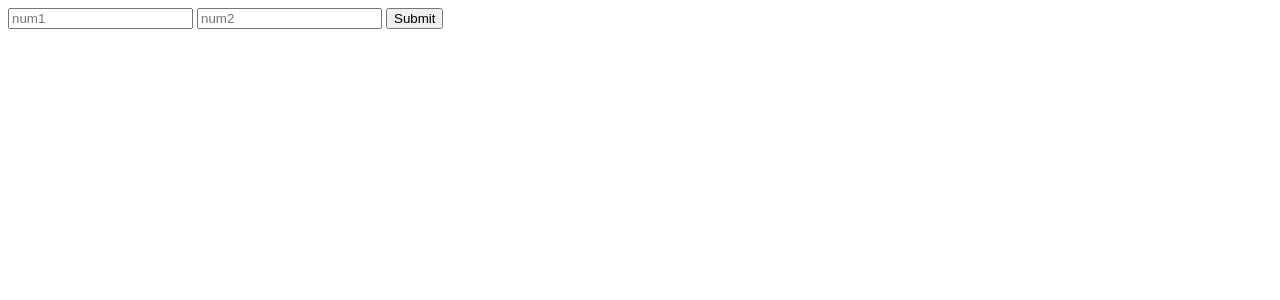
Repository: ahmadOlawale008/JSP-and-Serverlets
Page: DemoApp/src/main/webapp/NewFile.html
These files come from the project's save history. The page is drawn as it stood at one moment and after the next save; the edit follows.
The browser window is 1280 px wide. The pictures show the whole page.

Above is the page before, as saved 2024-07-18 13:19:36.

### DemoApp/src/main/webapp/NewFile.html
<!DOCTYPE html>
<html>
<head>
<meta charset="UTF-8">
<title>Insert title here</title>
</head>
<body>
<form action="add" method="get">
<input type="text" placeholder="num1" name="num1" />
<input type="text" placeholder="num2" name="num2" />
<input type="submit"  value="Submit" />
</form>
</body>
</html>

After the next save:
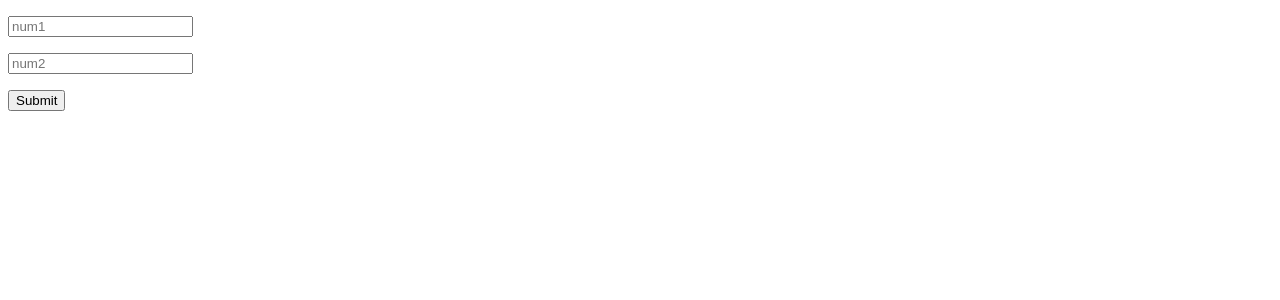
Saved 7 min 23 s later.
--- a/DemoApp/src/main/webapp/NewFile.html
+++ b/DemoApp/src/main/webapp/NewFile.html
@@ -5,9 +5,9 @@
 <title>Insert title here</title>
 </head>
 <body>
-<form action="add" method="get">
-<input type="text" placeholder="num1" name="num1" />
-<input type="text" placeholder="num2" name="num2" />
+<form action="NewFile.jsp" method="get">
+	<p><input type="text" placeholder="num1" name="num1" /></p>
+	<p><input type="text" placeholder="num2" name="num2" /></p>
 <input type="submit"  value="Submit" />
 </form>
 </body>
